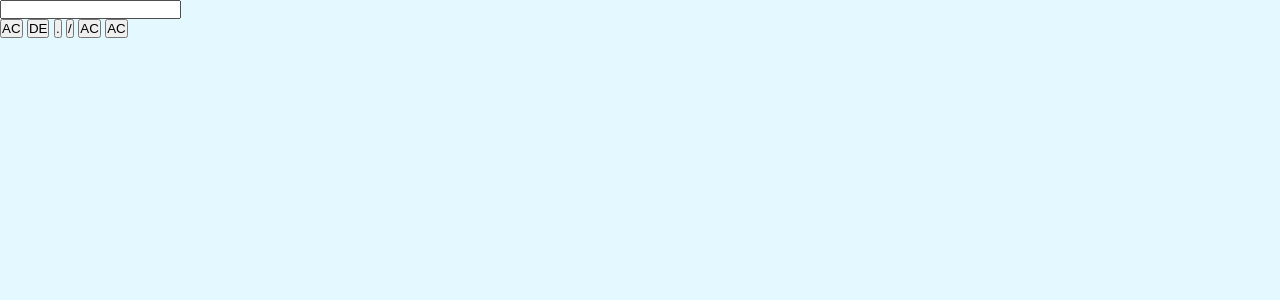
Repository: Anureet23/Calculator
Page: index.html
An editor plug-in stored every save of this project. The page is shown before and after the next save, followed by the edit.
The browser window is 1280 px wide. The pictures show the whole page.

Above is the page before, as saved 2023-02-07 22:43:09.

After the next save:
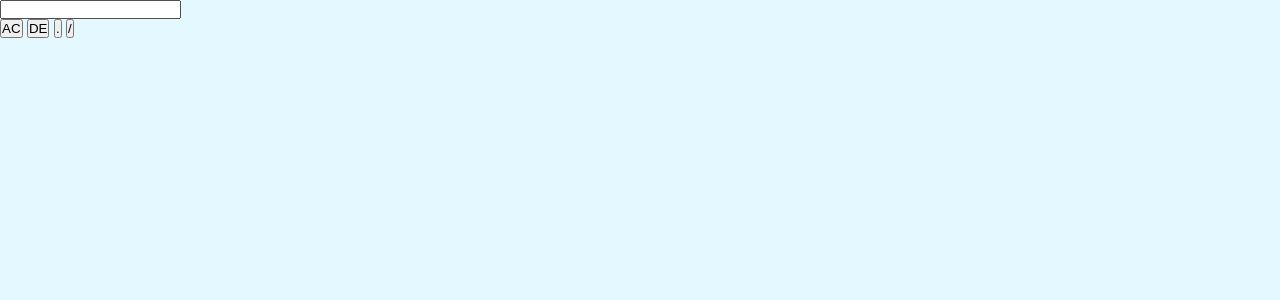
Saved 8 s later.
--- a/index.html
+++ b/index.html
@@ -17,8 +17,7 @@
            <input type="button" value="DE">
            <input type="button" value=".">
            <input type="button" value="/">
-           <input type="button" value="AC">
-           <input type="button" value="AC">
+
        </div>
    </form>
 </div>
